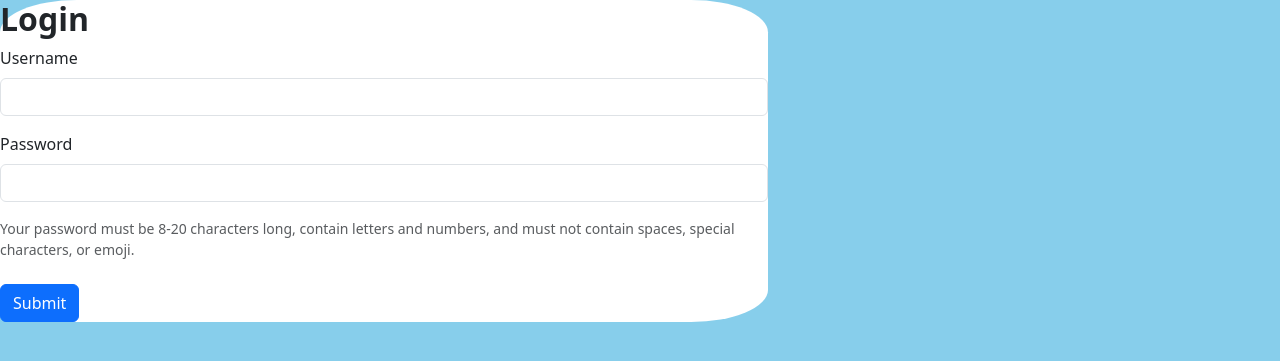
Repository: sarathraj2002/todo-list
Page: login.html
The author's editor kept a copy of each file at every save. The page is drawn from the files as they stood at one save, then again after the next save.
The browser window is 1280 px wide. The pictures show the whole page.

Above is the page before, as saved 2024-09-05 11:10:59.

### login.html
<!DOCTYPE html>
<html lang="en">
<head>
    <meta charset="UTF-8">
    <meta name="viewport" content="width=device-width, initial-scale=1.0">
    <title>login</title>
    <link rel="stylesheet" href="bootstrap.min.css">
    <link rel="stylesheet" href="style.css">
</head>
<body>

    <form class="form">
        <h2><b>Login</b></h2>
        <div class="mb-3">
          <label for="exampleInputUsername1" class="form-label">Username</label>
          <input type="test" class="form-control" id="username" >

        </div>
        <div class="mb-3 ">
          <label for="exampleInputPassword1" class="form-label">Password</label>
          <input type="password" class="form-control" id="password">
        </div>
        <div id="passwordHelpBlock" class="form-text">
            Your password must be 8-20 characters long, contain letters and numbers, and must not contain spaces, special characters, or emoji.
          </div>
          <br>

        <button type="submit" class="btn btn-primary">Submit</button>
      </form>

    <script src="script.js"></script>
</body>
</html>

### style.css
body{
    background-color: skyblue;
    background-size: cover;
}
.container{
    height: 100px;
    padding-top: 10%;

}
.form{
    height: 100%;
    width: 60%;
    border-color:black;
    padding-left: %;
    border-radius: 10%;
    background-color: white;
}

Loaded but not shown: bootstrap.min.css (library); script.js (no stored copy; drawn as an empty file)

After the next save:
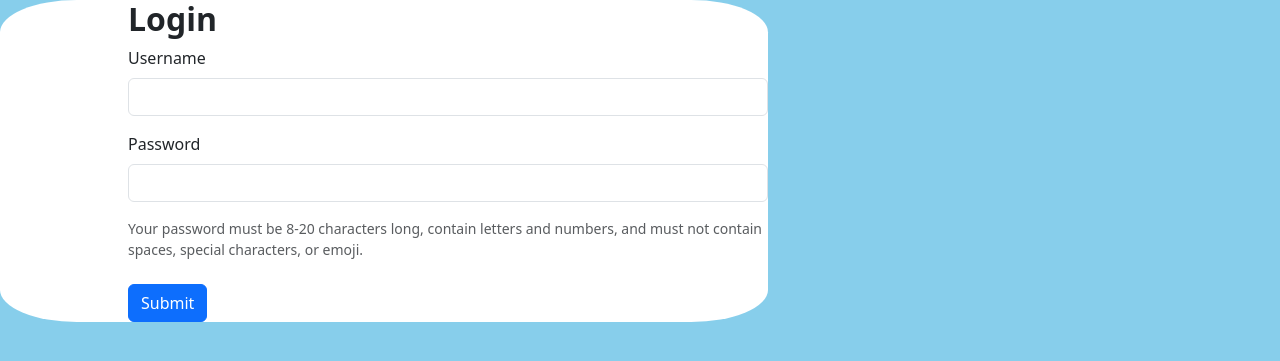
Saved 4 s later.
--- a/style.css
+++ b/style.css
@@ -11,7 +11,7 @@ body{
     height: 100%;
     width: 60%;
     border-color:black;
-    padding-left: %;
+    padding-left: 10%;
     border-radius: 10%;
     background-color: white;
 }
